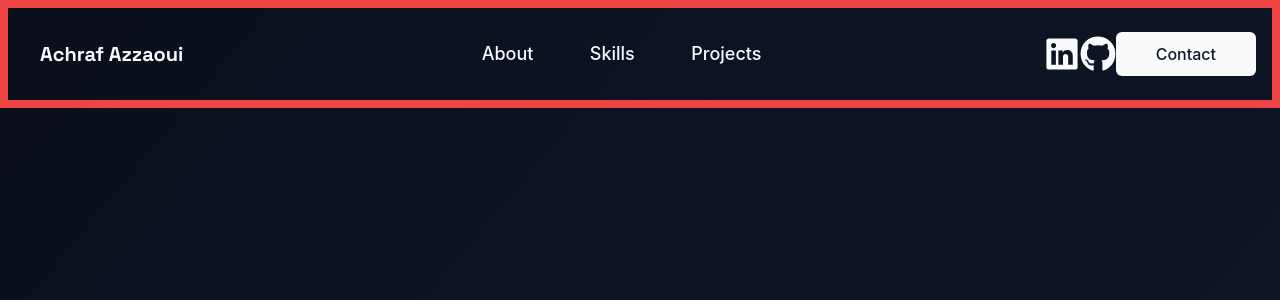
Repository: AchrafAzzaoui/Portfolio-Website
Page: / (app in achrafs-portfolio/)
An editor plug-in stored every save of this project. The page is shown before and after the next save, followed by the edit.
The browser window is 1280 px wide. The pictures show the whole page.
Some web fonts or font styles are not loaded; a fallback is used. The project was rebuilt for these pictures with package versions that can differ from the ones it lists, and the page was loaded fresh each time. Also part of the build but not shown: achrafs-portfolio/vite.config.ts.

Above is the page before, as saved 2025-01-02 22:20:37.

### achrafs-portfolio/index.html
<!DOCTYPE html>
<html lang="en">
  <head>
    <meta charset="UTF-8" />
    <link rel="icon" type="image/svg+xml" href="/vite.svg" />
    <meta name="viewport" content="width=device-width, initial-scale=1.0" />
    <!-- Inter for body text -->
    <link rel="preconnect" href="https://rsms.me/" />
    <link rel="stylesheet" href="https://rsms.me/inter/inter.css" />

    <!-- Space Grotesk for headlines -->
    <link rel="preconnect" href="https://fonts.googleapis.com" />
    <link rel="preconnect" href="https://fonts.gstatic.com" crossorigin />
    <link
      href="https://fonts.googleapis.com/css2?family=Space+Grotesk:wght@500;600;700&display=swap"
      rel="stylesheet"
    />
    <title>Achraf's Portfolio Website</title>
  </head>
  <body>
    <div id="root"></div>
    <script type="module" src="/src/main.tsx"></script>
  </body>
</html>

### achrafs-portfolio/src/index.css
@tailwind base;
@tailwind components;
@tailwind utilities;
@tailwind base;
@tailwind components;
@tailwind utilities;

@layer base {
  * {
    margin: 0;
    padding: 0;
    box-sizing: border-box;
  }

  html {
    scroll-behavior: smooth;
  }

  body {
    @apply font-sans antialiased;
  }

  ul,
  ol {
    list-style: none;
  }

  a {
    text-decoration: none;
    color: inherit;
  }

  img {
    max-width: 100%;
    height: auto;
  }

  button {
    background: none;
    border: none;
    cursor: pointer;
  }
}

### achrafs-portfolio/src/App.tsx
import "./index.css";
import Header from "./components/layout/Header.tsx";
export default function App() {
  return (
    <div className="min-h-screen bg-gradient-dark">
      <Header />
    </div>
  );
}

### achrafs-portfolio/src/components/layout/Header.tsx
import { useState } from "react";
import { RxLinkedinLogo } from "react-icons/rx";
import { FaGithub } from "react-icons/fa";

export default function Header() {
  const [isMenuOpen, setIsMenuOpen] = useState(false);

  return (
    <header className="px-2 py-4 border-8 border-red-500">
      <nav className="flex px-2 py-2">
        <div className="basis-3/16 flex-auto flex justify-start items-center font-display font-bold text-dark-text-primary">
          <h2 className="text-xl px-4">Achraf Azzaoui</h2>
        </div>
        <div className="basis-7/16 flex-auto flex justify-evenly items-center">
          <a
            href="#about"
            className="font-sans font-medium text-dark-text-primary text-lg"
          >
            About
          </a>
          <a
            href="#skills"
            className="font-sans font-medium text-dark-text-primary text-lg"
          >
            Skills
          </a>
          <a
            href="#projects"
            className="font-sans font-medium text-dark-text-primary text-lg"
          >
            Projects
          </a>
        </div>
        <div className="basis-6/16 flex-auto flex justify-end items-center">
          <RxLinkedinLogo className="text-4xl rounded-sm text-dark-text-primary" />
          <FaGithub className="text-4xl rounded-full text-dark-text-primary" />
          <button className="px-10 py-2.5 border-2 border-dark-text-primary bg-dark-text-primary rounded-md text-light-text-primary font-sans font-medium">
            Contact
          </button>
        </div>
      </nav>
    </header>
  );
}

### achrafs-portfolio/tailwind.config.js
/** @type {import('tailwindcss').Config} */
const defaultTheme = require("tailwindcss/defaultTheme");

export default {
  content: ["./index.html", "./src/**/*.{js,ts,jsx,tsx}"],
  theme: {
    extend: {
      backgroundImage: {
        "gradient-dark":
          "linear-gradient(130deg, #0A0F1A 0%, #0C1322 40%, #0E1628 100%)",
        "gradient-light":
          "linear-gradient(130deg, #F8FAFC 0%, #EEF2F6 40%, #E2E8F0 100%)", // Light theme gradient
      },
      colors: {
        // Dark theme
        dark: {
          text: {
            primary: "#F8FAFC", // Almost white
            secondary: "#94A3B8", // Lighter gray
            muted: "#64748B", // Muted gray
          },
        },
        // Light theme
        light: {
          text: {
            primary: "#0F172A", // Very dark blue/gray
            secondary: "#334155", // Dark gray
            muted: "#64748B", // Same as dark for balance
          },
        },
      },
      fontFamily: {
        sans: ["Inter", ...defaultTheme.fontFamily.sans],
        display: ["Space Grotesk", ...defaultTheme.fontFamily.sans],
      },
    },
  },
  plugins: [],
};

Loaded but not shown: achrafs-portfolio/src/main.tsx (common file)

After the next save:
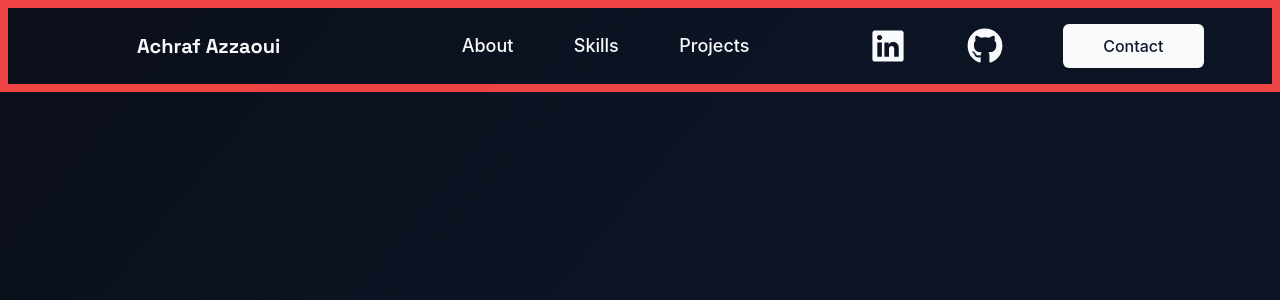
Saved 50 s later.
--- a/achrafs-portfolio/src/components/layout/Header.tsx
+++ b/achrafs-portfolio/src/components/layout/Header.tsx
@@ -7,9 +7,9 @@ export default function Header() {
 
   return (
     <header className="px-2 py-4 border-8 border-red-500">
-      <nav className="flex px-2 py-2">
-        <div className="basis-3/16 flex-auto flex justify-start items-center font-display font-bold text-dark-text-primary">
-          <h2 className="text-xl px-4">Achraf Azzaoui</h2>
+      <nav className="flex ">
+        <div className="basis-3/16 flex-auto flex justify-center items-center font-display font-bold text-dark-text-primary">
+          <h2 className="text-xl">Achraf Azzaoui</h2>
         </div>
         <div className="basis-7/16 flex-auto flex justify-evenly items-center">
           <a
@@ -31,7 +31,7 @@ export default function Header() {
             Projects
           </a>
         </div>
-        <div className="basis-6/16 flex-auto flex justify-end items-center">
+        <div className="basis-6/16 flex-auto flex justify-evenly items-center">
           <RxLinkedinLogo className="text-4xl rounded-sm text-dark-text-primary" />
           <FaGithub className="text-4xl rounded-full text-dark-text-primary" />
           <button className="px-10 py-2.5 border-2 border-dark-text-primary bg-dark-text-primary rounded-md text-light-text-primary font-sans font-medium">
